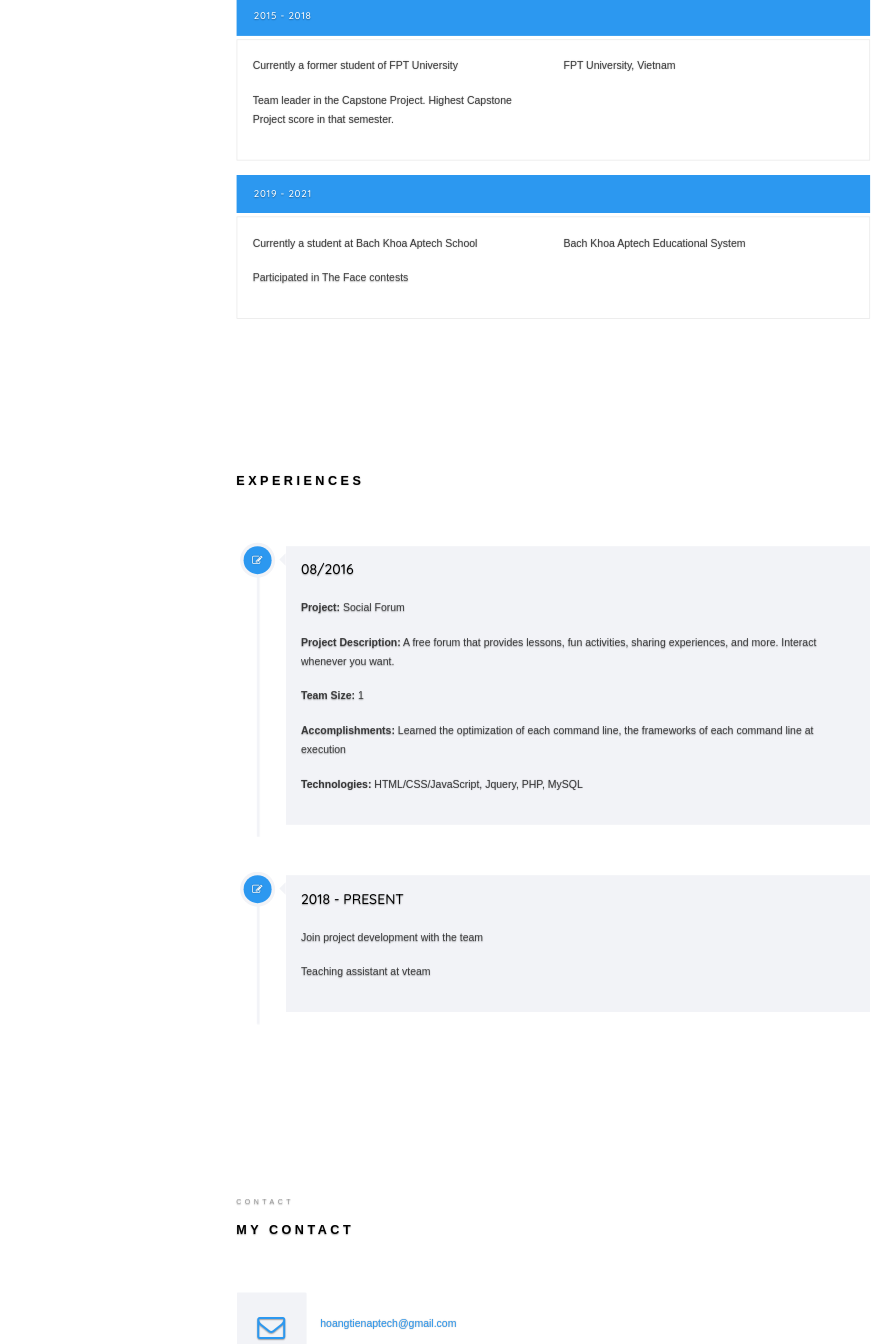
Repository: thinhnpptit/my-cv
Page: index.html
An editor plug-in stored every save of this project. The page is shown before and after the next save, followed by the edit.
The browser window is 1280 px wide. The pictures show the part of the page from y = 1935 to 3855 px (the page is 4275 px tall before and 4049 px after), at 70% of full size.
Some web fonts or font styles are not loaded; a fallback is used.

Above is the page before, as saved 2021-06-22 22:17:03.
Console error: TypeError: $(...).stick_in_parent is not a function

### index.html

<!DOCTYPE HTML>
<html>
	<head>
	<meta charset="utf-8">
	<meta http-equiv="X-UA-Compatible" content="IE=edge">
	<title>MY CV</title>
	<meta name="viewport" content="width=device-width, initial-scale=1">
	<meta name="description" content="" />
	<meta name="keywords" content="" />
	<meta name="author" content="" />

  <!-- Facebook and Twitter integration -->
	<meta property="og:title" content=""/>
	<meta property="og:image" content=""/>
	<meta property="og:url" content=""/>
	<meta property="og:site_name" content=""/>
	<meta property="og:description" content=""/>
	<meta name="twitter:title" content="" />
	<meta name="twitter:image" content="" />
	<meta name="twitter:url" content="" />
	<meta name="twitter:card" content="" />

	<!-- Place favicon.ico and apple-touch-icon.png in the root directory -->
	<link rel="shortcut icon" href="favico.png">

	<link href="https://fonts.googleapis.com/css?family=Quicksand:300,400,500,700" rel="stylesheet">
	<link href="https://fonts.googleapis.com/css?family=Playfair+Display:400,400i,700" rel="stylesheet">

	<!-- Animate.css -->
	<link rel="stylesheet" href="css/animate.css">
	<!-- Icomoon Icon Fonts-->
	<link rel="stylesheet" href="css/icomoon.css">
	<!-- Bootstrap  -->
	<link rel="stylesheet" href="css/bootstrap.css">
	<!-- Flexslider  -->
	<link rel="stylesheet" href="css/flexslider.css">
	<!-- Flaticons  -->
	<link rel="stylesheet" href="fonts/flaticon/font/flaticon.css">
	<!-- Owl Carousel -->
	<link rel="stylesheet" href="css/owl.carousel.min.css">
	<link rel="stylesheet" href="css/owl.theme.default.min.css">
	<!-- Theme style  -->
	<link rel="stylesheet" href="css/style.css">
	<!-- Font Waresome -->
	<link rel="stylesheet" href="https://cdnjs.cloudflare.com/ajax/libs/font-awesome/4.7.0/css/font-awesome.min.css">

	<!-- Modernizr JS -->
	<script src="js/modernizr-2.6.2.min.js"></script>
	<!-- FOR IE9 below -->
	<!--[if lt IE 9]>
	<script src="js/respond.min.js"></script>
	<![endif]-->

	</head>
	<body>
	<div id="colorlib-page">
		<div class="container-wrap">
		<a href="#" class="js-colorlib-nav-toggle colorlib-nav-toggle" data-toggle="collapse" data-target="#navbar" aria-expanded="false" aria-controls="navbar"><i></i></a>
		<aside id="colorlib-aside" role="complementary" class="border js-fullheight">
			<div class="text-center">
				<div class="author-img" style="background-image: url(images/avatar.png);"></div>
				<h1 id="colorlib-logo"><a href="index.html">Nguyen Phu Thinh</a></h1>
				<span class="position">Full Stack Web Developer</span>
			</div>
			<nav id="colorlib-main-menu" role="navigation" class="navbar">
				<div id="navbar" class="collapse">
					<ul>
						<li class="active"><a href="#" data-nav-section="about">About</a></li>
						<li><a href="#" data-nav-section="skills">Skills</a></li>
						<li><a href="#" data-nav-section="education">Education</a></li>
						<li><a href="#" data-nav-section="experience">Project</a></li>
						<li><a href="#" data-nav-section="contact">Contact</a></li>
					</ul>
				</div>
			</nav>

			<div class="colorlib-footer">
				<a href="" target="_blank" class="btn btn-primary btn-learn text-center">Download My CV <i class="fa fa-cloud-download" aria-hidden="true"></i></a>
			</div>

		</aside>

		<div id="colorlib-main">
			<section class="colorlib-about" data-section="about">
				<div class="colorlib-narrow-content">
					<div class="row">
						<div class="col-md-12">
							<div class="row row-bottom-padded-sm animate-box" data-animate-effect="fadeInLeft">
								<div class="col-md-12">
									<div class="about-desc">
										<span class="heading-meta">ABOUT</span>
										<h2 class="colorlib-heading">Who Am I?</h2>
										<p>I'm Nguyen Phu Thinh, a full stack developer with <strong>2 years of experience</strong> in Front-End Web Development (which includes <strong>1 years of experience</strong> in Back-End Development), with good knowledge of Object-Oriented
											Analysis and Design, Database Design, and Design Patterns.</p>
										<!-- <p>Learning new languages and technologies is what I am passionate about (I self-taught Django with 3 weeks). I am considered a team-player because I like to help other and tend to work well within groups. I can also do some mentoring tasks and do code reviewing for other team members.</p> -->
										<!-- <span>Target: -->
										</span>
									</div>
								</div>
							</div>
						</div>
					</div>
				</div>
			</section>


			<section class="colorlib-skills" data-section="skills">
				<div class="colorlib-narrow-content">
					<div class="row">
						<div class="col-md-6 col-md-offset-3 col-md-pull-3 ">
							<span class="heading-meta">SKILLS</span>
							<h2 class="colorlib-heading">MY SKILLS</h2>
						</div>
					</div>
					<div class="row row-pt-md">
						<div class="col-md-3 text-center animate-box">
							<div class="services color-1">
								<span class="icon">
									<i class="fa fa-heart-o" aria-hidden="true"></i>
								</span>
								<div class="desc">
									<h3>PROGRAMMING LANGUAGES</h3>
									<ul>
										<li>HTML, CSS</li>
										<li>JavaScript</li>
										<li>PHP</li>
										<li>Java</li>
										<li>Python</li>
										<br>
										<br>
										<br>
									</ul>
									<br>
								</div>
							</div>
						</div>
						<div class="col-md-3 text-center animate-box">
							<div class="services color-2">
								<span class="icon">
									<i class="fa fa-file-code-o" aria-hidden="true"></i>
								</span>
								<div class="desc">
									<h3>FRAMEWORKS & PLATFORMS
									</h3>
									<ul>
										<li>Bootstrap</li>
										<li>Jquery</li>
										<li>ReactJS/ReactNative</li>
										<li>NodeJS</li>
										<li>Laravel</li>
										<li>RestfulAPI / JSON, XML</li>
										<li>Javascript SDK: FacebookSDK, Firebase, MongoLab API</li>
									</ul>
								</div>
							</div>
						</div>
						<div class="col-md-3 text-center animate-box">
							<div class="services color-3">
								<span class="icon">
									<i class="fa fa-database" aria-hidden="true"></i>
								</span>
								<div class="desc">
									<h3>Database Management</h3>
									<ul>
										<li>MySQL</li>
										<li>MongoDB</li>
										</li>Microsoft SQL</li>
										<li>PostgreSQL</li>
										<br>
										<br>
										<br>
										<br>
										<br>
										<br>
										<br>
										<br>
									</ul>
								</div>
							</div>
						</div>
						<div class="col-md-3 text-center animate-box">
							<div class="services color-4">
								<span class="icon">
									<i class="fa fa-git" aria-hidden="true"></i>
								</span>
								<div class="desc">
									<h3>Dev Tools</h3>
									<ul>
										<li>Git (Github)</li>
										<li>Docker</li>
										<li>VS Code</li>
										<li>Zsh/Bash</li>
										<br>
										<br>
										<br>
										<br>
										<br>
										<br>
									</ul>
								</div>
							</div>
						</div>
						<div class="col-md-12 text-center animate-box">
							<div class="services color-5">
								<span class="icon">
									<i class="fa fa-key" aria-hidden="true"></i>
								</span>
								<div class="desc">
									<h3>KNOWLEDGE</h3>
									<ul>
										<li>Deep understanding about OOP, Design Pattern, SOLID principles, Dependency Injection, ...</li>
										<li>Good understanding about the Agile and Scrum process</li>
										<li>Good understanding software design, database design, RestfulAPI, ...</li>
										<li>Good time management, presentation and teamwork skills ...</li>
									</ul>
								</div>
							</div>
						</div>
					</div>
				</div>
			</section>



			<section class="colorlib-education" data-section="education">
				<div class="colorlib-narrow-content">
					<div class="row">
						<div class="col-md-6 col-md-offset-3 col-md-pull-3 animate-box" data-animate-effect="fadeInLeft">
							<h2 class="colorlib-heading animate-box">EDUCATION</h2>
						</div>
					</div>
					<div class="row">
						<div class="col-md-12 animate-box" data-animate-effect="fadeInLeft">
							<div class="fancy-collapse-panel">
								<div class="panel-group" id="accordion" role="tablist" aria-multiselectable="true">
									<div class="panel panel-default">
									    <div class="panel-heading" role="tab" id="headingOne">
									        <h4 class="panel-title">
									            <a data-toggle="collapse" data-parent="#accordion" href="#collapseOne" aria-expanded="true" aria-controls="collapseOne">2015 - 2018</a>
									        </h4>
									    </div>
									    <div id="collapseOne" class="panel-collapse collapse in" role="tabpanel" aria-labelledby="headingOne">
									         <div class="panel-body">
									            <div class="row">
										      		<div class="col-md-6">
														  <p>Currently a former student of FPT University</p>
														  <p>Team leader in the Capstone Project. Highest Capstone Project score in that semester.</p>
										      		</div>
										      		<div class="col-md-6">
										      			<p>FPT University, Vietnam</p>
										      		</div>
										      	</div>
									         </div>
									    </div>
									</div>
								</div>
							</div>

						</div>
					</div>
					<div class="row">
						<div class="col-md-12 animate-box" data-animate-effect="fadeInLeft">
							<div class="fancy-collapse-panel">
								<div class="panel-group" id="accordion" role="tablist" aria-multiselectable="true">
									<div class="panel panel-default">
									    <div class="panel-heading" role="tab" id="headingOne">
									        <h4 class="panel-title">
									            <a data-toggle="collapse" data-parent="#accordion" href="#collapseOne" aria-expanded="true" aria-controls="collapseOne">2019 - 2021</a>
									        </h4>
									    </div>
									    <div id="collapseOne" class="panel-collapse collapse in" role="tabpanel" aria-labelledby="headingOne">
									         <div class="panel-body">
									            <div class="row">
										      		<div class="col-md-6">
														  <p>Currently a student at Bach Khoa Aptech School</p>
														  <p>Participated in The Face contests</p>
										      		</div>
										      		<div class="col-md-6">
										      			<p>Bach Khoa Aptech Educational System</p>
										      		</div>
										      	</div>
									         </div>
									    </div>
									</div>
								</div>
							</div>

						</div>
					</div>
				</div>
			</section>

			<section class="colorlib-experience" data-section="experience">
				<div class="colorlib-narrow-content">
					<div class="row">
						<div class="col-md-6 col-md-offset-3 col-md-pull-3 animate-box" data-animate-effect="fadeInLeft">
							<h2 class="colorlib-heading animate-box">EXPERIENCES</h2>
						</div>
					</div>
					<div class="row">
						<div class="col-md-12">
				         <div class="timeline-centered">
					         <article class="timeline-entry animate-box" data-animate-effect="fadeInLeft">
					            <div class="timeline-entry-inner">
					               <div class="timeline-icon color-1">
										<i class="fa fa-pencil-square-o" aria-hidden="true"></i>
					               </div>

					               <div class="timeline-label">
					                  	<h2><a href="#">08/2016</a><span></span></h2>
										<p><strong>Project:</strong> Social Forum</p>
										<p><strong>Project Description:</strong> A free forum that provides lessons, fun activities, sharing experiences, and more. Interact whenever you want.</p>
										<p><strong>Team Size:</strong> 1</p>
										<p><strong>Accomplishments:</strong> Learned the optimization of each command line, the frameworks of each command line at execution</p>
										<p><strong>Technologies:</strong> HTML/CSS/JavaScript, Jquery, PHP, MySQL</p>
										<!-- <div class="text-center">
											<a name="" id="" class="btn btn-primary" href="#" role="button">View Page</a>
										</div> -->
										<div class="list-img text-center">
											<!-- Images -->
										</div>
								   </div>
								   <br>
								</div>
					         </article>
					      </div>
					   </div>
					   <div class="col-md-12">
						<div class="timeline-centered">
							<article class="timeline-entry animate-box" data-animate-effect="fadeInLeft">
							   <div class="timeline-entry-inner">
								  <div class="timeline-icon color-1">
										<i class="fa fa-pencil-square-o" aria-hidden="true"></i>
								  </div>

								  <div class="timeline-label">
										<h2><a href="#">2018 - PRESENT</a><span></span></h2>
									   <p>Join project development with the team</p>
									   <p>Teaching assistant at vteam</p>
									   <!-- <div class="text-center">
										   <a name="" id="" class="btn btn-primary" href="#" role="button">View Page</a>
									   </div> -->
									   <div class="list-img text-center">
										   <!-- Image -->
									   </div>
								  </div>
								  <br>
							   </div>
							</article>
						 </div>
					  </div>
				   </div>
				</div>
			</section>

			<section class="colorlib-contact" data-section="contact">
				<div class="colorlib-narrow-content">
					<div class="row">
						<div class="col-md-6 col-md-offset-3 col-md-pull-3 animate-box" data-animate-effect="fadeInLeft">
							<span class="heading-meta">CONTACT</span>
							<h2 class="colorlib-heading">My Contact</h2>
						</div>
					</div>
					<div class="row">
						<div class="col-md-12">
							<div class="colorlib-feature colorlib-feature-sm animate-box" data-animate-effect="fadeInLeft">
								<div class="colorlib-icon">
									<i class="fa fa-envelope-o" aria-hidden="true"></i>
								</div>
								<div class="colorlib-text">
									<p><a href="mailto:hoangtienaptech@gmail.com">hoangtienaptech@gmail.com</a></p>
								</div>
							</div>
							<div class="colorlib-feature colorlib-feature-sm animate-box" data-animate-effect="fadeInLeft">
								<div class="colorlib-icon">
									<i class="fa fa-map-marker" aria-hidden="true"></i>
								</div>
								<div class="colorlib-text">
									<p><a href="">238 Hoang Quoc Viet, Bac Tu Lien, Hanoi</a></p>
								</div>
							</div>
							<div class="colorlib-feature colorlib-feature-sm animate-box" data-animate-effect="fadeInLeft">
								<div class="colorlib-icon">
									<i class="fa fa-phone" aria-hidden="true"></i>
								</div>
								<div class="colorlib-text">
									<p><a href="tel:+84393932114">+84393932114</a></p>
								</div>
							</div>
						</div>
					</div>
				</div>
			</section>

		</div><!-- end:colorlib-main -->
	</div><!-- end:container-wrap -->
	</div><!-- end:colorlib-page -->

	<!-- jQuery -->
	<script src="js/jquery.min.js"></script>
	<!-- jQuery Easing -->
	<script src="js/jquery.easing.1.3.js"></script>
	<!-- Bootstrap -->
	<script src="js/bootstrap.min.js"></script>
	<!-- Waypoints -->
	<script src="js/jquery.waypoints.min.js"></script>
	<!-- Flexslider -->
	<script src="js/jquery.flexslider-min.js"></script>
	<!-- Owl carousel -->
	<script src="js/owl.carousel.min.js"></script>
	<!-- Counters -->
	<script src="js/jquery.countTo.js"></script>

	<!-- MAIN JS -->
	<script src="js/main.js"></script>

	</body>
</html>

Loaded but not shown: css/animate.css (library); css/bootstrap.css (library); css/owl.carousel.min.css (library); css/owl.theme.default.min.css (common file); js/modernizr-2.6.2.min.js (library); js/jquery.min.js (library); js/jquery.easing.1.3.js (library); js/bootstrap.min.js (library); js/jquery.waypoints.min.js (library); js/jquery.flexslider-min.js (library); js/owl.carousel.min.js (library); js/jquery.countTo.js (library); js/main.js (310 lines, source omitted); css/style.css (1971 lines, source omitted); css/flexslider.css (275 lines, source omitted)

After the next save:
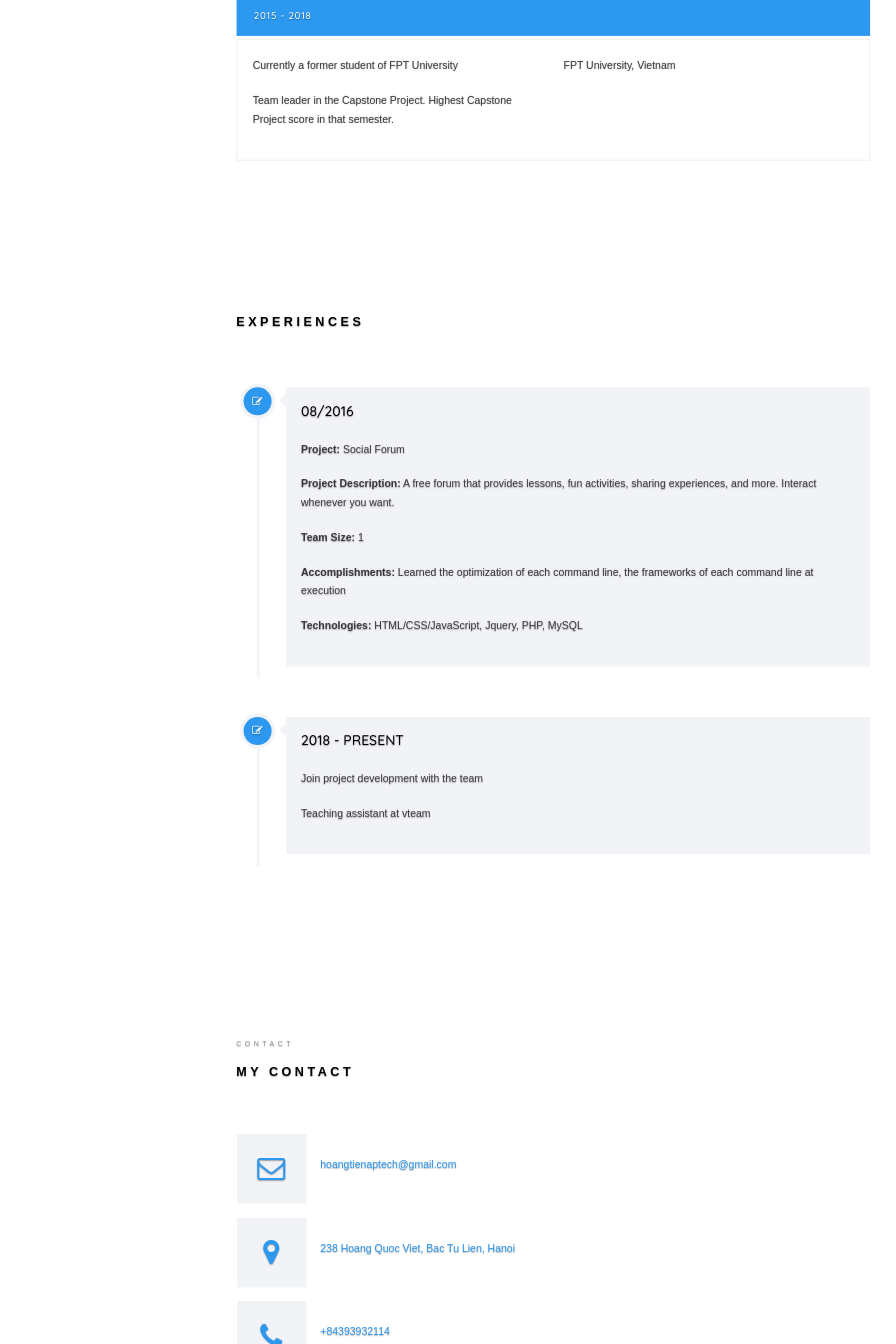
Saved 3 min 16 s later.
--- a/index.html
+++ b/index.html
@@ -256,38 +256,8 @@
 									</div>
 								</div>
 							</div>
-
-						</div>
-					</div>
-					<div class="row">
-						<div class="col-md-12 animate-box" data-animate-effect="fadeInLeft">
-							<div class="fancy-collapse-panel">
-								<div class="panel-group" id="accordion" role="tablist" aria-multiselectable="true">
-									<div class="panel panel-default">
-									    <div class="panel-heading" role="tab" id="headingOne">
-									        <h4 class="panel-title">
-									            <a data-toggle="collapse" data-parent="#accordion" href="#collapseOne" aria-expanded="true" aria-controls="collapseOne">2019 - 2021</a>
-									        </h4>
-									    </div>
-									    <div id="collapseOne" class="panel-collapse collapse in" role="tabpanel" aria-labelledby="headingOne">
-									         <div class="panel-body">
-									            <div class="row">
-										      		<div class="col-md-6">
-														  <p>Currently a student at Bach Khoa Aptech School</p>
-														  <p>Participated in The Face contests</p>
-										      		</div>
-										      		<div class="col-md-6">
-										      			<p>Bach Khoa Aptech Educational System</p>
-										      		</div>
-										      	</div>
-									         </div>
-									    </div>
-									</div>
-								</div>
-							</div>
-
-						</div>
-					</div>
+						</div>
+
 				</div>
 			</section>
 
